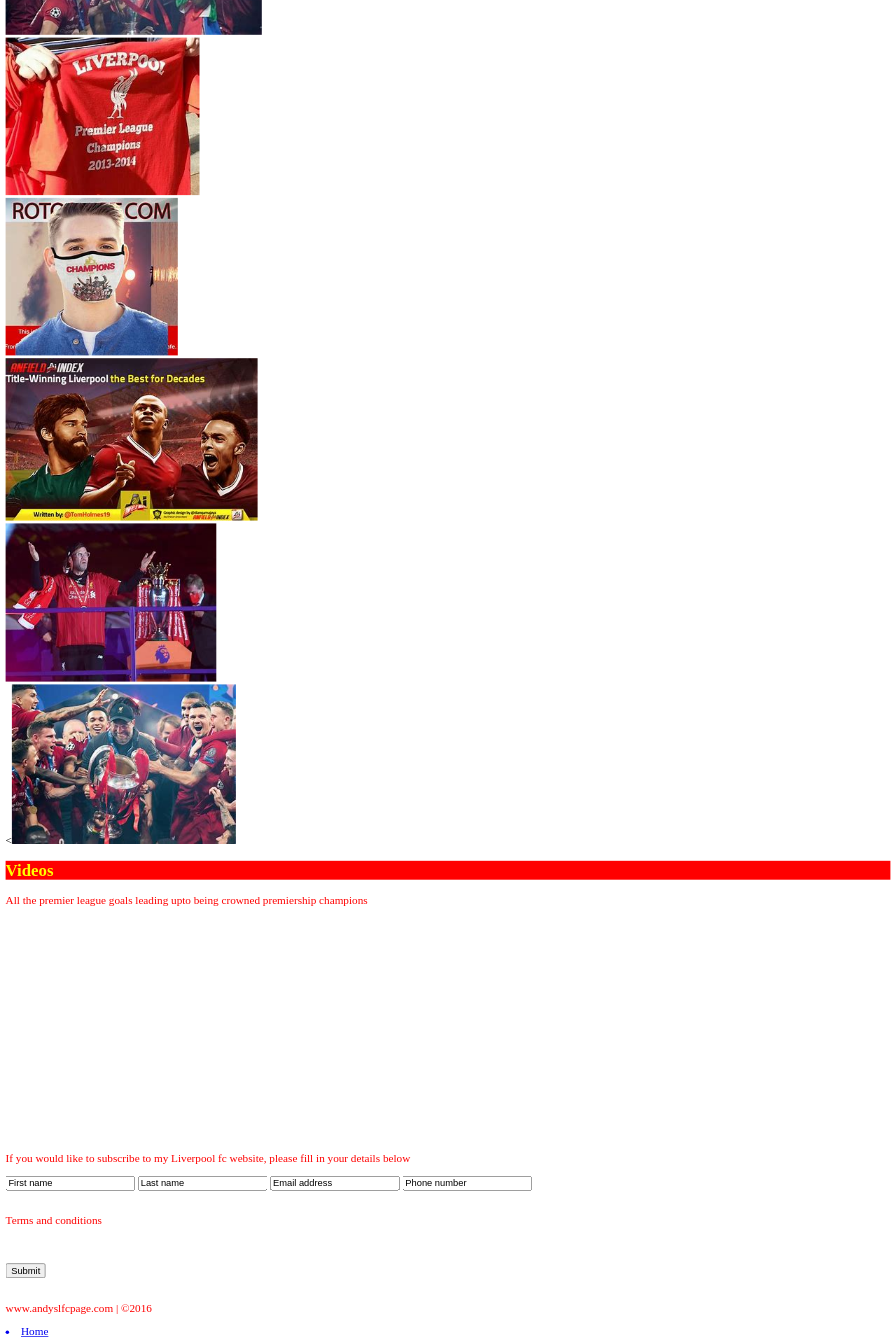
Repository: andyd71/HTML_and_CSS
Page: one_page_website/One_Page_Website.html
The author's editor kept a copy of each file at every save. The page is drawn from the files as they stood at one save, then again after the next save.
The browser window is 1280 px wide. The pictures show the part of the page from y = 1184 to 3104 px (the page is 3104 px tall), at 70% of full size.
Pictures or frames that could not be fetched are drawn as grey boxes.

Above is the page before, as saved 2020-10-09 13:05:16.

After the next save:
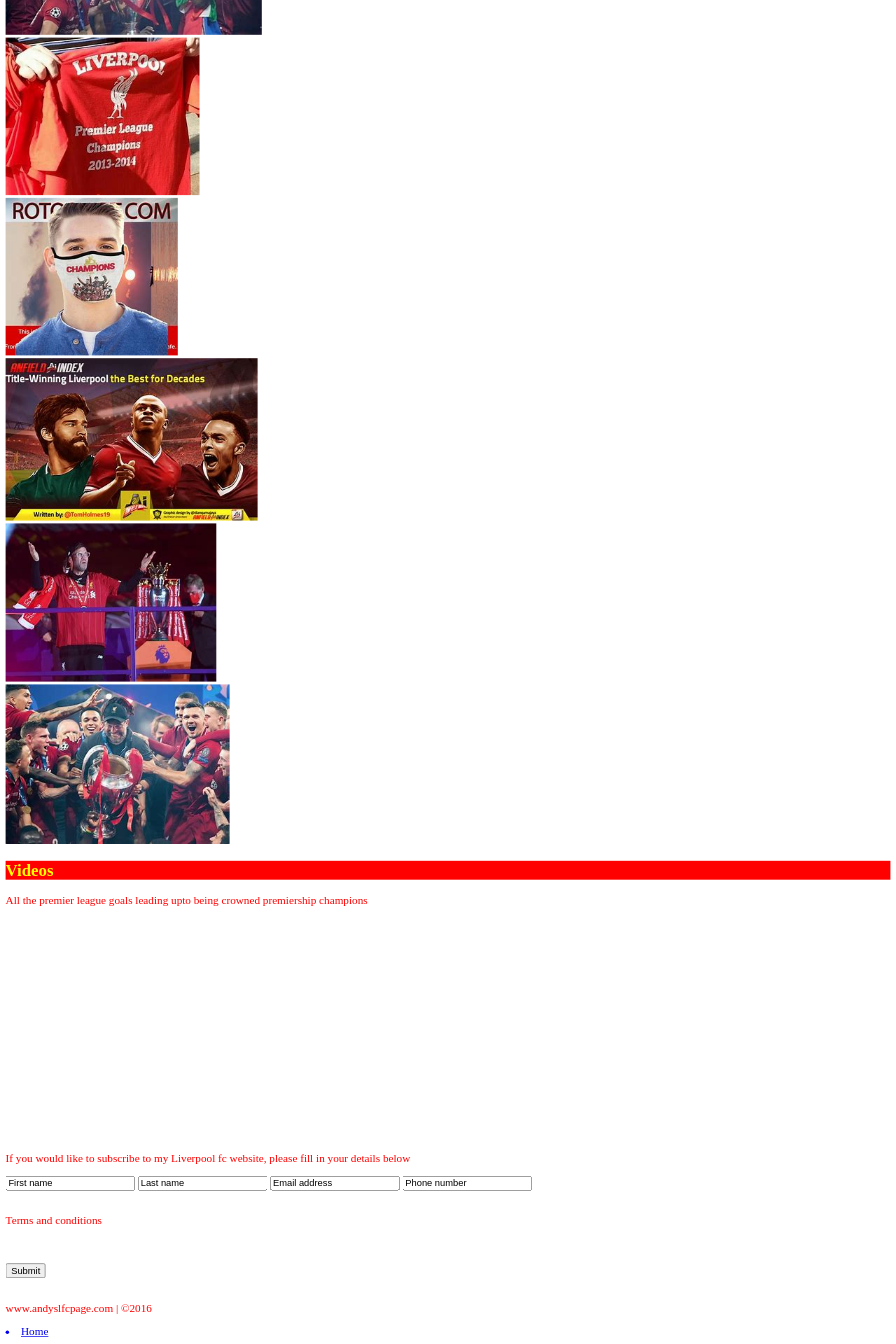
Saved 35 s later.
--- a/one_page_website/One_Page_Website.html
+++ b/one_page_website/One_Page_Website.html
@@ -43,7 +43,7 @@
  <img src="./images/lfc6.jpeg" alt="lfc face mask"></img><br>
  <img src="./images/lfc7.jpeg" alt="lfc trio"></img><br>
  <img src="./images/lfc8.jpeg" alt="jurgen klopp 2"></img><br>
- <<img src="./images/lfc9.jpeg" alt="jurgen klopp 3"></img><br>
+ <img src="./images/lfc9.jpeg" alt="jurgen klopp 3"></img><br>
 </div>
 </div>
  <!--END GALLERY-->
